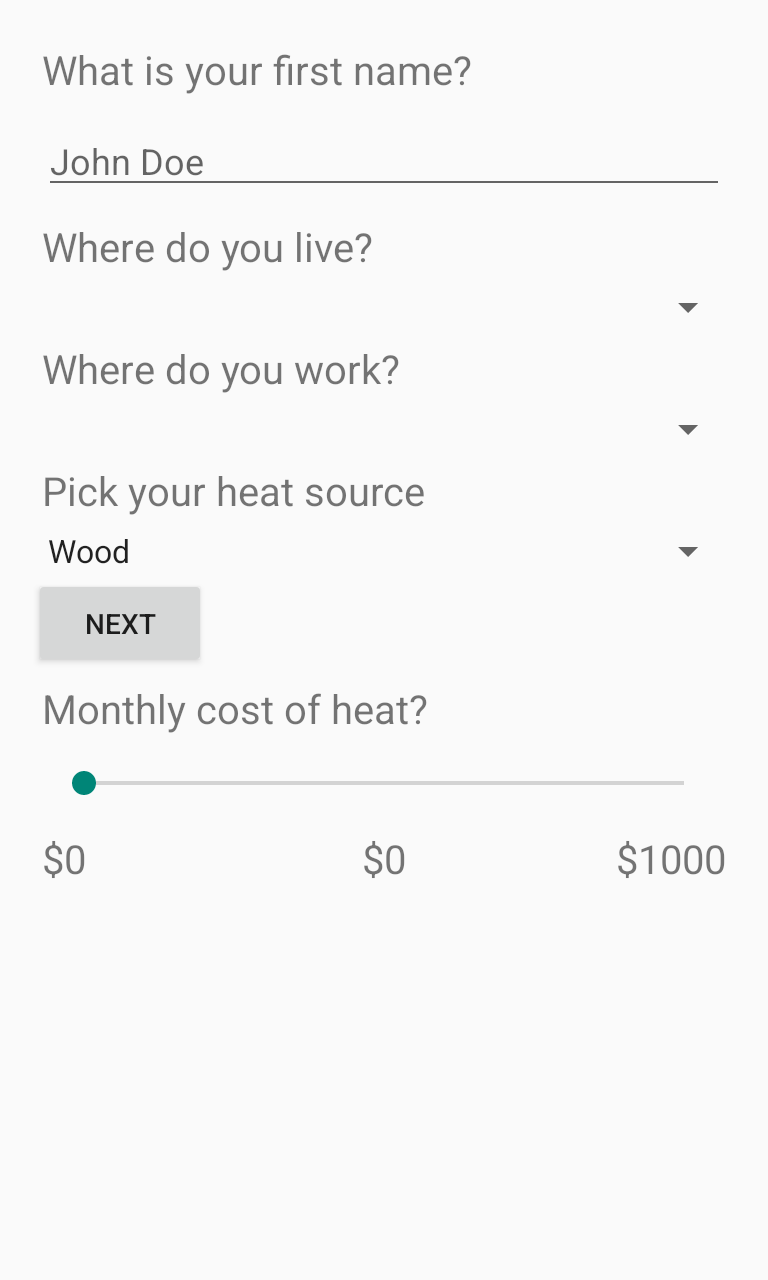
Repository: joshbarry/HackVT_2014
Layout: Android/HackVTKarma/res/layout/fragment_main.xml
An editor plug-in stored every save of this project. The layout is shown before and after the next save, followed by the edit.
It is drawn on a 768 x 1280 px phone screen (xhdpi) without system bars, with theme AppTheme; the app's code is not run.

Above is the layout before, as saved 2014-10-11 02:21:36.

### Android/HackVTKarma/res/layout/fragment_main.xml
<RelativeLayout xmlns:android="http://schemas.android.com/apk/res/android"
    xmlns:tools="http://schemas.android.com/tools"
    android:id="@+id/parent"
    android:layout_width="match_parent"
    android:layout_height="match_parent"
    android:paddingBottom="@dimen/activity_vertical_margin"
    android:paddingLeft="@dimen/activity_horizontal_margin"
    android:paddingRight="@dimen/activity_horizontal_margin"
    android:paddingTop="@dimen/activity_vertical_margin"
    tools:context="com.example.hackvtkarma.MainActivity$PlaceholderFragment" >

    <TextView
        android:id="@+id/firstName"
        android:textSize="20sp"
        android:layout_margin="5dp"
        android:layout_width="wrap_content"
        android:layout_height="wrap_content"
        android:text="@string/first_name" />

    <EditText
        android:id="@+id/firstNameEditText"
        android:layout_margin="5dp"
        android:layout_below="@+id/firstName"
        android:layout_width="match_parent"
        android:layout_height="wrap_content"
        android:hint="@string/first_name_hint"/>

    <TextView
        android:id="@+id/town"
        android:layout_below="@+id/firstNameEditText"
        android:textSize="20sp"
        android:layout_margin="5dp"
        android:layout_width="wrap_content"
        android:layout_height="wrap_content"
        android:text="@string/address" />

	<Spinner
	    android:id="@+id/townSpinner"
	    android:layout_below="@+id/town"
	    android:layout_width="match_parent"
	    android:layout_height="wrap_content"
	    android:prompt="@string/town_prompt"/>

	<TextView
        android:id="@+id/townWork"
        android:layout_below="@+id/townSpinner"
        android:textSize="20sp"
        android:layout_margin="5dp"
        android:layout_width="wrap_content"
        android:layout_height="wrap_content"
        android:text="@string/address_work" />

	<Spinner
	    android:id="@+id/townWorkSpinner"
	    android:layout_below="@+id/townWork"
	    android:layout_width="match_parent"
	    android:layout_height="wrap_content"
	    android:prompt="@string/town_work_prompt"/>

   	<TextView
        android:id="@+id/heatSource"
        android:textSize="20sp"
        android:layout_margin="5dp"
        android:layout_below="@+id/townWorkSpinner"
        android:layout_width="wrap_content"
        android:layout_height="wrap_content"
        android:text="@string/heat_source" />

   	<Spinner
	    android:id="@+id/heatSourcePicker"
	    android:layout_below="@+id/heatSource"
	    android:layout_width="match_parent"
	    android:layout_height="wrap_content"
	    android:entries="@array/heat_array"
	    android:prompt="@string/heat_source_prompt"/>

   	<Button
   	    android:id="@+id/nextButton"
   	    android:layout_below="@+id/heatSourcePicker"
   	    android:layout_width="wrap_content"
   	    android:layout_height="wrap_content"
   	    android:aligncenter_horizontal="true"
   	    android:text="@string/button_next"
   	    android:onClick="sendMessage"/>

   	<TextView
        android:id="@+id/heatCost"
        android:textSize="20sp"
        android:layout_margin="5dp"
        android:layout_below="@+id/nextButton"
        android:layout_width="wrap_content"
        android:layout_height="wrap_content"
        android:text="@string/heat_cost" />

    <SeekBar
        android:id="@+id/heatSeekbar"
        android:layout_margin="10dp"
        android:layout_below="@+id/heatCost"
        android:layout_width="fill_parent"
        android:layout_height="wrap_content"
        android:max="1000"
        android:progress="0"
        android:secondaryProgress="0" />

    <TextView
        android:id="@+id/heatAnchorLeft"
        android:textSize="20sp"
        android:layout_margin="5dp"
        android:layout_below="@+id/heatSeekbar"
        android:layout_alignParentLeft="true"
        android:layout_width="wrap_content"
        android:layout_height="wrap_content"
        android:text="@string/heat_anchor_left" />

    <TextView
        android:id="@+id/heatAnchorRight"
        android:textSize="20sp"
        android:layout_margin="5dp"
        android:layout_below="@+id/heatSeekbar"
        android:layout_alignParentRight="true"
        android:layout_width="wrap_content"
        android:layout_height="wrap_content"
        android:text="@string/heat_anchor_right" />

    <TextView
        android:id="@+id/heatCostNotification"
        android:textSize="20sp"
        android:layout_margin="5dp"
        android:layout_below="@+id/heatSeekbar"
        android:layout_centerHorizontal="true"
        android:layout_width="wrap_content"
        android:layout_height="wrap_content"
        android:text="@string/heat_anchor_left" />

</RelativeLayout>

### Android/HackVTKarma/res/values/strings.xml
<?xml version="1.0" encoding="utf-8"?>
<resources>

    <string name="app_name">HackVTKarma</string>
    <string name="hello_world">Hello world!</string>
    <string name="action_settings">Settings</string>
    <string name="seekbar_text">Heres the seekbar text</string>
    <string name="first_name">What is your first name?</string>
    <string name="first_name_hint">John Doe</string>
    <string name="address">Where do you live?</string>
    <string name="town_prompt">Pick your town</string>
    <string name="address_work">Where do you work?</string>
    <string name="town_work_prompt">Pick your town</string>
    <string name="heat_source">Pick your heat source</string>
    <string name="heat_source_prompt">Pick heat source</string>
    <string name="heat_cost">Monthly cost of heat?</string>
    <string name="heat_anchor_left">$0</string>
    <string name="heat_anchor_right">$1000</string>
    <string name="button_next">Next</string>

    <string-array name="heat_array">
        <item>Wood</item>
        <item>Pellet Stove</item>
        <item>Natural Gas</item>
        <item>Oil</item>
        <item>Propane</item>
        <item>Kerosene</item>
        <item>Geothermal</item>
        <item>Heat Pump</item>
        <item>Baseboard</item>
    </string-array>

    <string name="title_activity_graph">GraphActivity</string>

</resources>

Loaded but not shown: Android/HackVTKarma/res/values/styles.xml (common file); Android/HackVTKarma/res/values-v11/styles.xml (common file); Android/HackVTKarma/res/values-v14/styles.xml (common file); Android/HackVTKarma/res/values/dimens.xml (common file); Android/HackVTKarma/res/values-w820dp/dimens.xml (common file)

After the next save:
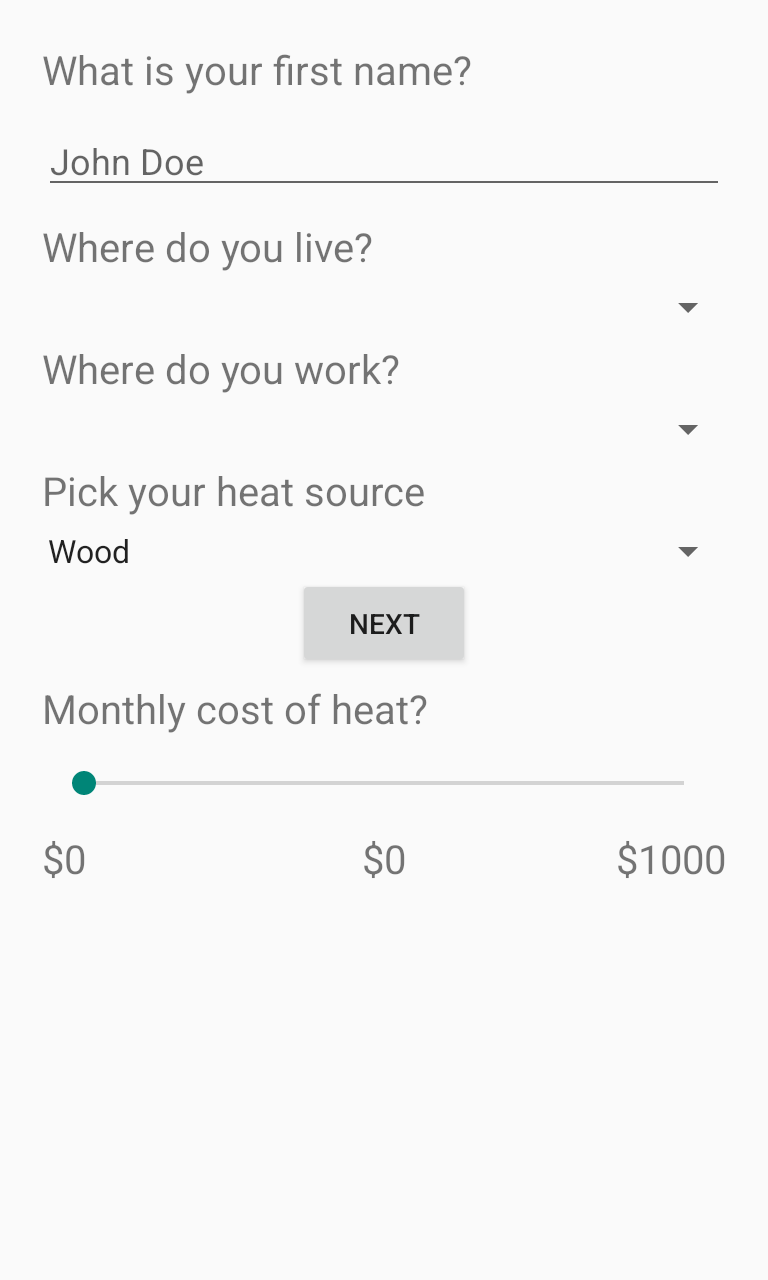
Saved 54 s later.
--- a/Android/HackVTKarma/res/layout/fragment_main.xml
+++ b/Android/HackVTKarma/res/layout/fragment_main.xml
@@ -79,7 +79,7 @@
    	    android:layout_below="@+id/heatSourcePicker"
    	    android:layout_width="wrap_content"
    	    android:layout_height="wrap_content"
-   	    android:aligncenter_horizontal="true"
+   	    android:layout_centerHorizontal="true"
    	    android:text="@string/button_next"
    	    android:onClick="sendMessage"/>
 
